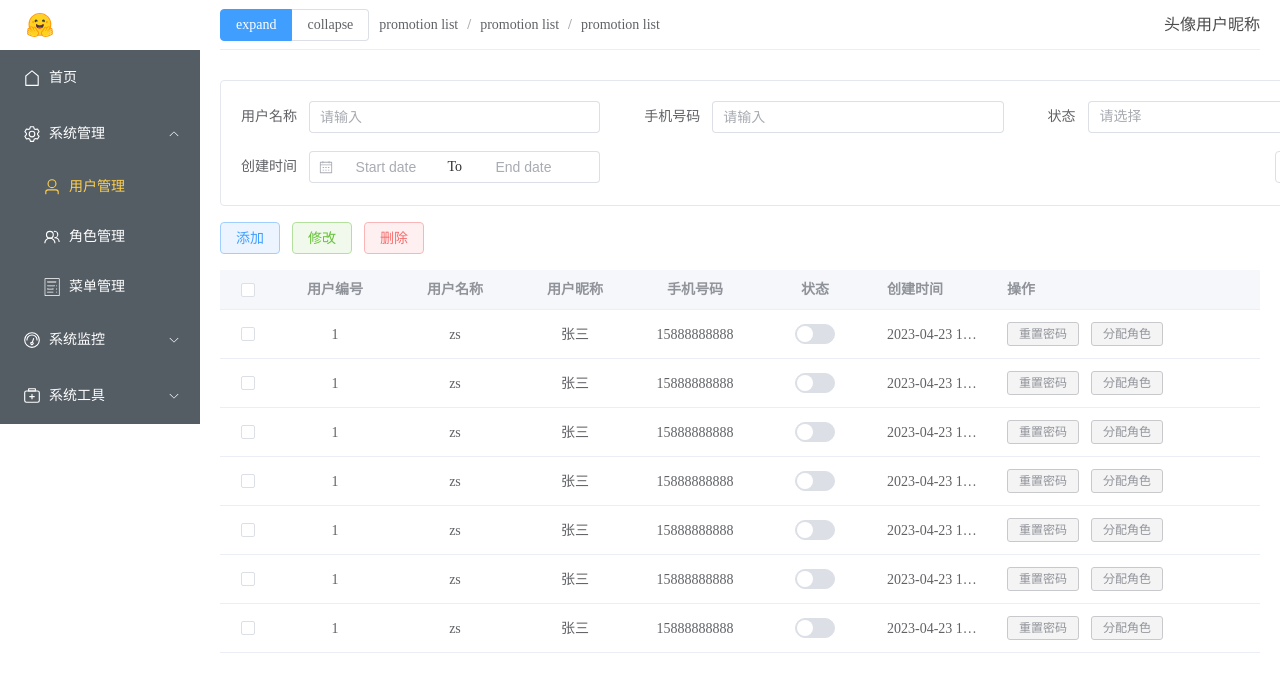
Repository: 202100202078/SignInBox
Page: /admin/system/user
An editor plug-in stored every save of this project. The page is shown before and after the next save, followed by the edit.
The browser window is 1280 px wide. The pictures show the whole page.
The project was rebuilt for these pictures with package versions that can differ from the ones it lists, and the page was loaded fresh each time. Also part of the build but not shown: vite.config.js, src/components/PageFooter.vue, src/components/TableLayout.vue, src/components/ToolTip.vue, src/assets/fonts/iconfont/iconfont.js, src/assets/style/variables.module.scss.

Above is the page before, as saved 2024-01-29 18:21:44.

### src/main.js
import { createApp } from 'vue'
import '@/assets/style/base.scss'
import pinia from '@/stores/index'
import App from './App.vue'
import router from './router'
import ElementPlus from 'element-plus'
import 'element-plus/dist/index.css'
import '@/assets/fonts/iconfont/iconfont.css'
import '@/assets/fonts/iconfont/iconfont.js'
import * as ElementPlusIconsVue from '@element-plus/icons-vue'

const app = createApp(App)
for (const [key, component] of Object.entries(ElementPlusIconsVue)) {
  app.component(key, component)
}
app.use(ElementPlus)
app.use(pinia)
app.use(router)

app.mount('#app')

### src/components/FilterLayout.vue
<script setup>
defineProps({
  label1: String,
  label2: String,
  defaultShow1: {
    type: Boolean,
    default: true
  },
  defaultShow2: {
    type: Boolean,
    default: true
  },
  isShow: Boolean,
  showCollapse: Boolean
})
const emit = defineEmits(['reset', 'query', 'trigger'])
//暴露重置方法和查询方法以及展开
const reset = () => {
  //获取form对象重置数据即可
  //通知父级reset数据
  emit('reset')
}
const query = () => {
  //通知父级进行筛选数据
  emit('query')
}
const trigger = () => {
  //通知父级进行表单的展示/隐藏
  emit('trigger')
}
// defineExpose({
//   reset,
//   query,
//   trigger
// })
</script>

<template>
  <div class="filter-card">
    <el-card shadow="never" :body-style="{ 'padding-bottom': '4px' }">
      <el-form :inline="true">
        <el-form-item :label="label1" v-if="defaultShow1">
          <el-input placeholder="请输入"></el-input>
        </el-form-item>
        <el-form-item :label="label2" v-if="defaultShow2">
          <el-input placeholder="请输入"></el-input>
        </el-form-item>
        <slot></slot>
        <el-form-item class="btns">
          <el-button @click="reset">重置</el-button>
          <el-button type="primary" @click="query">查询</el-button>
          <span class="trigger" @click="trigger" v-if="showCollapse"
            >展开
            <span
              :class="{
                iconfont: true,
                'icon-xiala': !isShow,
                'icon-shouqi': isShow
              }"
            ></span
          ></span>
        </el-form-item>
      </el-form>
    </el-card>
  </div>
</template>

<style lang="scss" scoped>
.filter-card {
  margin-bottom: 16px;
  width: 1240px;
  .el-form {
    display: flex;
    justify-content: space-between;
    align-items: center;
    flex-wrap: wrap;
    .el-form-item {
      width: 30%;
      .el-select {
        width: 100%;
      }
    }
    .btns {
      :deep .el-form-item__content {
        display: flex;
        justify-content: flex-end;
        .trigger {
          margin-left: 12px;
          color: #409eff;
          cursor: pointer;
          transition: all 0.3s;
          &:hover {
            color: #79bbff;
          }
        }
      }
    }
  }
}
</style>

### src/assets/style/base.scss
* {
  margin: 0px;
  padding: 0px;
  box-sizing: border-box;
}

.icon {
  width: 1em;
  height: 1em;
  vertical-align: -0.15em;
  fill: currentColor;
  overflow: hidden;
}

.el-menu {
  border:0!important;
}

ul {
  list-style:none;
}

li {
  list-style-type:none;
}

a {
	text-decoration: none; /* 去除默认的下划线 */
	outline: none;	/* 去除旧版浏览器的点击后的外虚线框 */
	color: #000;	/* 去除默认的颜色和点击后变化的颜色 */
}

// 阿里字体图标设置
.icon, .iconfont {
  font-family:"iconfont" !important;
  font-size:16px;
  font-style:normal;
  -webkit-font-smoothing: antialiased;
  -webkit-text-stroke-width: 0.2px;
  -moz-osx-font-smoothing: grayscale;
}

### src/stores/index.js
//将pinia相关代码整合至此
import { createPinia } from 'pinia'
import persist from 'pinia-plugin-persistedstate'

const pinia = createPinia()
pinia.use(persist)

export default pinia

export * from './modules/user'

### src/assets/fonts/iconfont/iconfont.css
@font-face {
  font-family: "iconfont"; /* Project id 4345534 */
  src: url('iconfont.woff2?t=1703642635456') format('woff2'),
       url('iconfont.woff?t=1703642635456') format('woff'),
       url('iconfont.ttf?t=1703642635456') format('truetype');
}

.iconfont {
  font-family: "iconfont" !important;
  font-size: 16px;
  font-style: normal;
  -webkit-font-smoothing: antialiased;
  -moz-osx-font-smoothing: grayscale;
}

.icon-yunyingbaobiao:before {
  content: "\e620";
}

.icon-jiekou1:before {
  content: "\e694";
}

.icon-jiaoseguanli:before {
  content: "\e618";
}

.icon-dingshirenwu:before {
  content: "\e651";
}

.icon-daimashengcheng:before {
  content: "\e636";
}

.icon-a-Icon-line-hamburger-right1x:before {
  content: "\e84c";
}

.icon-a-Icon-line-hamburger-left1x:before {
  content: "\e84d";
}

.icon-a-shujujiankong2:before {
  content: "\e628";
}

.icon-a-zaixianyonghu2:before {
  content: "\e629";
}

.icon-shouqi:before {
  content: "\e6b8";
}

.icon-xiala:before {
  content: "\e6b9";
}

.icon-gantanhao-quan:before {
  content: "\e70f";
}

.icon-yuandianxiao:before {
  content: "\e757";
}

.icon-duihao:before {
  content: "\eaf1";
}

.icon-fuzhi:before {
  content: "\ec7a";
}

.icon-shuaxin:before {
  content: "\e8b9";
}

.icon-shezhi:before {
  content: "\e642";
}

.icon-midutu:before {
  content: "\e749";
}

.icon-wodedingdan:before {
  content: "\e655";
}

.icon-admin-manage:before {
  content: "\e60e";
}

.icon-xiaolian:before {
  content: "\e8ab";
}

.icon-chongzhi:before {
  content: "\e60b";
}

.icon-jiekou:before {
  content: "\e607";
}

.icon-4_square_solid:before {
  content: "\e64d";
}

.icon-1_square_solid:before {
  content: "\e64e";
}

.icon-5_square_solid:before {
  content: "\e64c";
}

.icon-3_square_solid:before {
  content: "\e64f";
}

.icon-2_square_solid:before {
  content: "\e650";
}

### src/stores/modules/user.js
import { defineStore } from 'pinia'
import { ref } from 'vue'

export const useUserStore = defineStore(
  'interface-user',
  () => {
    //用户标识
    const token = ref('1234')
    const setToken = (t) => {
      token.value = t
    }
    return {
      token,
      setToken
    }
  },
  {
    persist: true,
    key: 'interface-token',
    paths: ['token']
  }
)

### src/views/admin/layout/SystemPage.vue
<script setup>
import variables from '@/assets/style/variables.module.scss'
import { ref } from 'vue'
import { useRouter, useRoute } from 'vue-router'
import { onMounted } from 'vue'
import { useUserStore } from '@/stores/modules/user.js'
const userStore = useUserStore()
const route = useRoute()
const router = useRouter()
const isCollapse = ref(false)

const activeIndex = ref('')
// const activeMenu = ref([])

const handleAvatarCommand = async (command) => {
  //如果是退出登录需要清除本地用户信息
  // console.log('清除本地用户信息')
  if (command === '/login') {
    await ElMessageBox.confirm('你确认退出登录吗？', '温馨提示', {
      type: 'warning',
      confirmButtonText: '确认',
      cancelButtonText: '取消'
    })
    userStore.setToken('')
    // userStore.setUser({})
    // router.push(`/login`)
  } else {
    // router.push(`/user/${command}`)
  }
  router.push(command)
}

onMounted(() => {
  // 页面刷新使得侧边栏为当前激活路由
  activeIndex.value = route.path
})
</script>

<template>
  <div class="system-layout">
    <el-container style="height: 100%">
      <el-aside
        width="200px"
        :style="{ width: isCollapse ? '64px' : '200px' }"
        class="el-aside"
      >
        <div
          :style="{
            backgroundColor: variables.menuBackground
          }"
          class="system-layout-aside"
        >
          <div
            class="logo-show"
            :style="{
              'padding-top': isCollapse ? '16px' : '0',
              transition: '1.5s'
            }"
          >
            <a @click="$router.replace('/system')">
              <img src="@/assets/avg/logo.svg" alt="logo" class="logo" />
              <h1
                class="title"
                :style="{
                  opacity: isCollapse ? 0 : 1,
                  transition: '0.5s',
                  color: isCollapse ? '#545c64' : '#fff'
                }"
              >
                API-BOX管理系统
              </h1>
            </a>
          </div>
          <el-menu
            active-text-color="#ffd04b"
            background-color="#545c64"
            class="el-menu-vertical-demo"
            :default-active="activeIndex"
            text-color="#fff"
            @open="handleOpen"
            @close="handleClose"
            :collapse="isCollapse"
            :unique-opened="true"
            router
          >
            <el-menu-item index="/admin/index">
              <el-icon><House /></el-icon>
              <span>首页</span>
            </el-menu-item>
            <el-sub-menu index="2">
              <template #title>
                <el-icon><Setting /></el-icon>
                <span>系统管理</span>
              </template>
              <el-menu-item index="/admin/system/user">
                <el-icon><User /></el-icon>
                <span>用户管理</span>
              </el-menu-item>
              <el-menu-item index="/admin/system/role">
                <svg class="icon" aria-hidden="true">
                  <use xlink:href="#icon-jiaoseguanli"></use>
                </svg>
                <span>角色管理</span>
              </el-menu-item>
              <el-menu-item index="/admin/system/menu">
                <svg class="icon" aria-hidden="true">
                  <use xlink:href="#icon-yunyingbaobiao"></use>
                </svg>
                <span>菜单管理</span>
              </el-menu-item>
            </el-sub-menu>
            <el-sub-menu index="3">
              <template #title>
                <el-icon><Odometer /></el-icon>
                <span>系统监控</span>
              </template>
              <el-menu-item index="3-1">
                <svg class="icon" aria-hidden="true">
                  <use xlink:href="#icon-a-zaixianyonghu2"></use>
                </svg>
                <span>在线用户</span>
              </el-menu-item>
              <el-menu-item index="3-2">
                <svg class="icon" aria-hidden="true">
                  <use xlink:href="#icon-dingshirenwu"></use>
                </svg>
                <span>定时任务</span>
              </el-menu-item>
              <el-menu-item index="3-3">
                <svg class="icon" aria-hidden="true">
                  <use xlink:href="#icon-a-shujujiankong2"></use>
                </svg>
                <span>数据监控</span>
              </el-menu-item>
            </el-sub-menu>
            <el-sub-menu index="4">
              <template #title>
                <el-icon><FirstAidKit /></el-icon>
                <span>系统工具</span>
              </template>
              <el-menu-item index="4-1">
                <svg class="icon" aria-hidden="true">
                  <use xlink:href="#icon-yunyingbaobiao"></use>
                </svg>
                <span>表单构建</span>
              </el-menu-item>
              <!-- <el-menu-item index="4-2">
                <svg class="icon" aria-hidden="true">
                  <use xlink:href="#icon-daimashengcheng"></use>
                </svg>
                <span>代码生成</span>
              </el-menu-item> -->
              <el-menu-item index="4-3">
                <svg class="icon" aria-hidden="true">
                  <use xlink:href="#icon-jiekou1"></use>
                </svg>
                <span>系统接口</span>
              </el-menu-item>
            </el-sub-menu>
          </el-menu>
        </div>
      </el-aside>
      <el-container>
        <el-header>
          <div class="header-top">
            <div class="header-top-left">
              <el-radio-group v-model="isCollapse" class="collapseBtns">
                <el-radio-button :label="false">expand</el-radio-button>
                <el-radio-button :label="true">collapse</el-radio-button>
              </el-radio-group>
              <el-breadcrumb separator="/">
                <el-breadcrumb-item
                  v-for="(item, index) in $route.meta.breadInfo"
                  :key="index"
                  >promotion list</el-breadcrumb-item
                >
              </el-breadcrumb>
            </div>
            <div class="header-top-right">
              <el-dropdown @command="handleAvatarCommand">
                <span class="el-dropdown-link">
                  <span>头像</span>
                  <span>用户昵称</span>
                </span>
                <template #dropdown>
                  <el-dropdown-menu>
                    <el-dropdown-item command="/home/user"
                      >个人中心</el-dropdown-item
                    >
                    <el-dropdown-item command="/login"
                      >退出登录</el-dropdown-item
                    >
                  </el-dropdown-menu>
                </template>
              </el-dropdown>
            </div>
          </div>
        </el-header>
        <el-main>
          <router-view></router-view>
        </el-main>
      </el-container>
    </el-container>
  </div>
</template>

<style lang="scss" scoped>
.system-layout {
  height: 100vh;
  .el-aside {
    transition: all 0.5s;
  }
  .system-layout-aside {
    height: 100%;
    .logo-show {
      height: 50px;
      text-align: center;
      cursor: pointer;
      .logo {
        margin-right: 4px;
        width: 28px;
        vertical-align: middle;
      }
      .title {
        display: inline-block;
        font-size: 14px;
        line-height: 50px;
        font-weight: 600;
        vertical-align: middle;
        color: #fff;
      }
    }
  }

  .header-top {
    height: 50px;
    display: flex;
    justify-content: space-between;
    align-items: center;
    border-bottom: 1px solid #eee;
    .header-top-left {
      display: flex;
      align-items: center;
      .collapseBtns {
        margin-right: 10px;
      }
    }
    .header-top-right {
      margin-left: 6px;
      display: flex;
      align-items: center;
      font-size: 16px;
      border-radius: 6px;
      height: 56px;
      line-height: 56px;
      &:hover {
        background-color: rgba(0, 0, 0, 0.1);
        color: rgba(0, 0, 0, 1);
        transition: color 0.3s;
      }
      .el-dropdown {
        :deep(:focus-visible) {
          outline: none;
        }
        .el-dropdown-link {
          cursor: pointer;
          color: rgba(0, 0, 0, 0.7);
          font-size: 16px;
          display: flex;
          align-items: center;
        }
      }
    }
  }
}
.icon {
  vertical-align: middle;
  margin-right: 5px;
  width: 24px;
  text-align: center;
  font-size: 18px;
  color: #fff;
}
</style>

### src/views/admin/system/UserManagement.vue
<script setup>
import MyDialog from './components/MyDialog.vue'
import { ref } from 'vue'

//筛选表单的显示隐藏
const isShow = ref(true)
// const params = ref({})
// 一个响应式对象存储整个筛选表单的数据(默认显示的两个item需要父子双向绑定)

const datePicker = ref('')

const status = ref('')
const statusOptions = [
  {
    value: 'Option1',
    label: '正常'
  },
  {
    value: 'Option2',
    label: '停用'
  }
]

const handleReset = () => {
  console.log('reset')
}
const handleQuery = () => {
  console.log('query')
}
const handleTrigger = () => {
  // console.log('trigger')
  isShow.value = !isShow.value
}

const tableData = [
  {
    userId: 1,
    uname: 'zs',
    nickName: '张三',
    phone: '15888888888',
    state: false,
    createDate: '2023-04-23 16:11:38'
  },
  {
    userId: 1,
    uname: 'zs',
    nickName: '张三',
    phone: '15888888888',
    state: false,
    createDate: '2023-04-23 16:11:38'
  },
  {
    userId: 1,
    uname: 'zs',
    nickName: '张三',
    phone: '15888888888',
    state: false,
    createDate: '2023-04-23 16:11:38'
  },
  {
    userId: 1,
    uname: 'zs',
    nickName: '张三',
    phone: '15888888888',
    state: false,
    createDate: '2023-04-23 16:11:38'
  },
  {
    userId: 1,
    uname: 'zs',
    nickName: '张三',
    phone: '15888888888',
    state: false,
    createDate: '2023-04-23 16:11:38'
  },
  {
    userId: 1,
    uname: 'zs',
    nickName: '张三',
    phone: '15888888888',
    state: false,
    createDate: '2023-04-23 16:11:38'
  },
  {
    userId: 1,
    uname: 'zs',
    nickName: '张三',
    phone: '15888888888',
    state: false,
    createDate: '2023-04-23 16:11:38'
  }
]

const multipleTableRef = ref()
const multipleSelection = ref([])

const handleSelectionChange = (val) => {
  multipleSelection.value = val
}

const myDialogRef = ref()
const title = ref('添加用户')

const addUserFn = () => {
  title.value = '添加用户'
  myDialogRef.value.open()
}
const editUserFn = () => {
  title.value = '修改用户'
  myDialogRef.value.open()
}
const delUserFn = () => {
  title.value = '系统提示'
  myDialogRef.value.open()
}

const form = ref({
  nickName: '',
  phone: '',
  email: '',
  uname: '',
  password: false,
  role: '',
  gender: '',
  status: '',
  desc: ''
})

const rules = {}
</script>

<template>
  <MyDialog :title="title" ref="myDialogRef">
    <template #form>
      <el-form
        :model="form"
        label-width="80px"
        label-position="left"
        :rules="rules"
      >
        <el-form-item label="用户昵称">
          <el-input v-model="form.nickName" />
        </el-form-item>
        <el-form-item label="手机号码">
          <el-input v-model="form.phone" />
        </el-form-item>
        <el-form-item label="邮箱">
          <el-input v-model="form.email" />
        </el-form-item>
        <el-form-item label="用户名称">
          <el-input v-model="form.uname" />
        </el-form-item>
        <el-form-item label="用户密码">
          <el-input v-model="form.password" type="password" />
        </el-form-item>
        <el-form-item label="用户性别">
          <el-select v-model="form.gender" placeholder="请选择性别">
            <el-option label="男" value="1" />
            <el-option label="女" value="2" />
            <el-option label="未知" value="3" />
          </el-select>
        </el-form-item>
        <el-form-item label="角色">
          <el-select v-model="form.role" placeholder="请选择角色">
            <el-option label="普通角色" value="normal" />
          </el-select>
        </el-form-item>
        <el-form-item label="状态">
          <el-radio-group v-model="form.status">
            <el-radio label="正常" />
            <el-radio label="停用" />
          </el-radio-group>
        </el-form-item>
        <el-form-item label="备注">
          <el-input
            v-model="form.desc"
            type="textarea"
            placeholder="请输入内容"
          />
        </el-form-item>
      </el-form>
    </template>
  </MyDialog>
  <!-- <button @click="test">按钮</button> -->
  <div class="user-managemant-page">
    <FilterLayout
      label1="用户名称"
      label2="手机号码"
      :isShow="isShow"
      :showCollapse="false"
      @reset="handleReset"
      @query="handleQuery"
      @trigger="handleTrigger"
    >
      <el-form-item label="状态" v-show="isShow">
        <el-select v-model="status" placeholder="请选择">
          <el-option
            v-for="item in statusOptions"
            :key="item.value"
            :label="item.label"
            :value="item.value"
          />
        </el-select>
      </el-form-item>
      <el-form-item label="创建时间" v-show="isShow">
        <el-date-picker
          v-model="datePicker"
          type="daterange"
          range-separator="To"
          start-placeholder="Start date"
          end-placeholder="End date"
          value-format="YYYY-MM-DD HH:mm:ss"
        />
      </el-form-item>
    </FilterLayout>
    <div class="user-managemant-page-btns">
      <el-button plain type="primary" @click="addUserFn">添加</el-button>
      <el-button plain type="success" @click="editUserFn">修改</el-button>
      <el-button plain type="danger" @click="delUserFn">删除</el-button>
    </div>
    <el-table
      :ref="multipleTableRef"
      :data="tableData"
      style="width: 100%"
      @selection-change="handleSelectionChange"
      :header-cell-style="{
        background: '#F5F7FA',
        color: '#909399'
      }"
    >
      <el-table-column align="center" type="selection" width="55" />
      <el-table-column
        align="center"
        property="userId"
        label="用户编号"
        width="120"
      />
      <el-table-column
        align="center"
        property="uname"
        label="用户名称"
        width="120"
      />
      <el-table-column
        align="center"
        property="nickName"
        label="用户昵称"
        width="120"
      />
      <el-table-column
        align="center"
        property="phone"
        label="手机号码"
        width="120"
      />
      <el-table-column align="center" label="状态" width="120">
        <template #default="scope">
          <el-switch v-model="scope.row.state" />
        </template>
      </el-table-column>
      <el-table-column
        property="createDate"
        label="创建时间"
        width="120"
        show-overflow-tooltip
      />
      <el-table-column label="操作" show-overflow-tooltip>
        <template #default="scope">
          <el-button size="small" type="info" plain>重置密码</el-button>
          <el-button size="small" type="info" plain>分配角色</el-button>
        </template>
      </el-table-column>
    </el-table>
  </div>
</template>

<style lang="scss" scoped>
.user-managemant-page {
  .el-form-item {
    width: 30%;
    .el-select {
      width: 100%;
    }
  }
  .user-managemant-page-btns {
    margin-bottom: 16px;
  }
}
</style>

### src/views/admin/system/components/MyDialog.vue
<script setup>
import { ref } from 'vue'
const dialogFormVisible = ref(false)

const props = defineProps({
  title: String
})

const open = () => {
  dialogFormVisible.value = true
}

const confirm = () => {
  dialogFormVisible.value = false
  console.log(props.title)
  if (props.title === '添加菜单') {
    emit('onAddConfirm')
  } else if (props.title === '编辑菜单') {
    emit('onEditConfirm')
  } else if (props.title === '添加子菜单') {
    emit('onAddChildConfirm')
  }
}

const emit = defineEmits(['onConfirm'])

defineExpose({
  open
})
</script>

<template>
  <el-dialog v-model="dialogFormVisible" :title="title" align-center>
    <slot name="form">
      <div>我是内部表单</div>
    </slot>
    <template #footer>
      <span class="dialog-footer">
        <el-button @click="dialogFormVisible = false">Cancel</el-button>
        <el-button type="primary" @click="confirm"> Confirm </el-button>
      </span>
    </template>
  </el-dialog>
</template>

Loaded but not shown: index.html (common file); src/App.vue (common file); src/router/index.js (128 lines, source omitted)

After the next save:
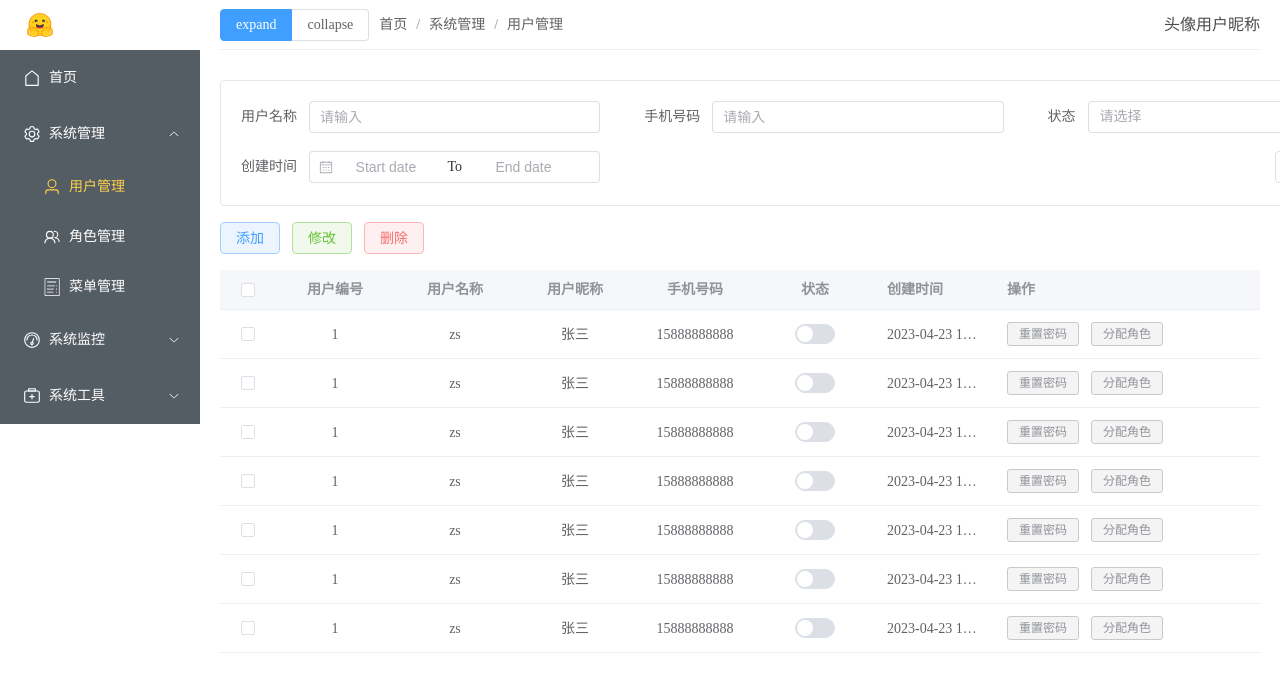
Saved 13 s later.
--- a/src/views/admin/layout/SystemPage.vue
+++ b/src/views/admin/layout/SystemPage.vue
@@ -172,7 +172,7 @@ onMounted(() => {
                 <el-breadcrumb-item
                   v-for="(item, index) in $route.meta.breadInfo"
                   :key="index"
-                  >promotion list</el-breadcrumb-item
+                  >{{ item }}</el-breadcrumb-item
                 >
               </el-breadcrumb>
             </div>
